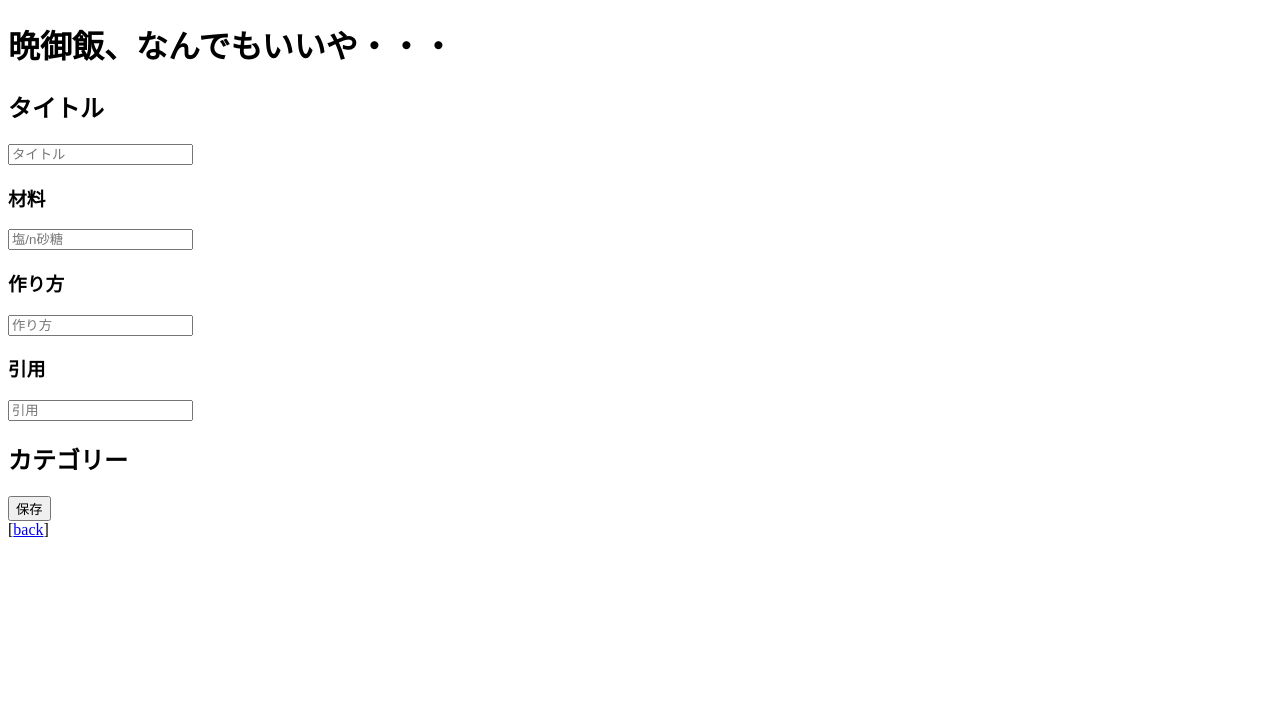
Repository: tikuann/seikabutu
Page: http://localhost/create
The author's editor kept a record of every edit. The page is drawn from the files as they stood at one moment, then again after the next edit.
The browser window is 1280 px wide. The pictures show the whole page.
The page is served by the project's Laravel application, run on PHP 8.4 with Laravel 8. Queries for data that is not in the repository find no rows.

Above is the page before.

After the next edit:
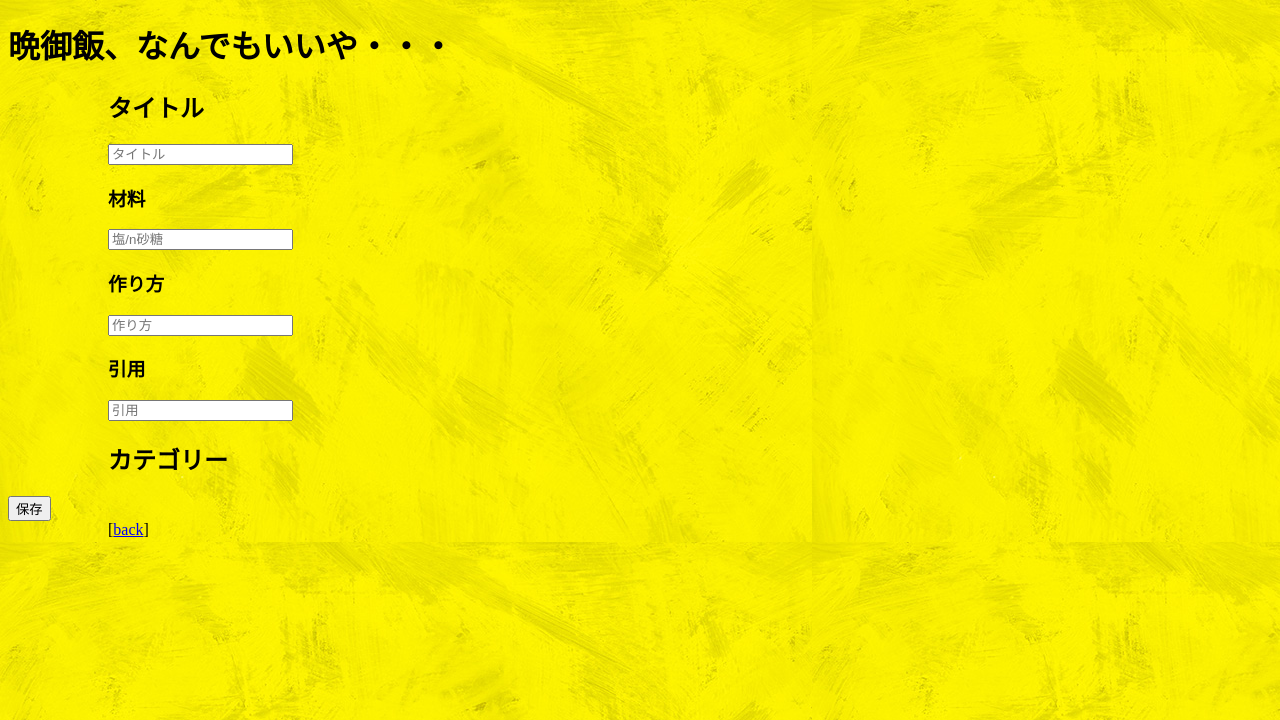
The edit:
--- a/blog/resources/views/create.blade.php
+++ b/blog/resources/views/create.blade.php
@@ -5,6 +5,7 @@
         <title>晩御飯</title>
         <!-- Fonts -->
         <link href="https://fonts.googleapis.com/css?family=Nunito:200,600" rel="stylesheet">
+               <link rel="stylesheet" href="{{('/css/style_create.css')}}">
     </head>
     <body>
         <h1>晩御飯、なんでもいいや・・・</h1>
